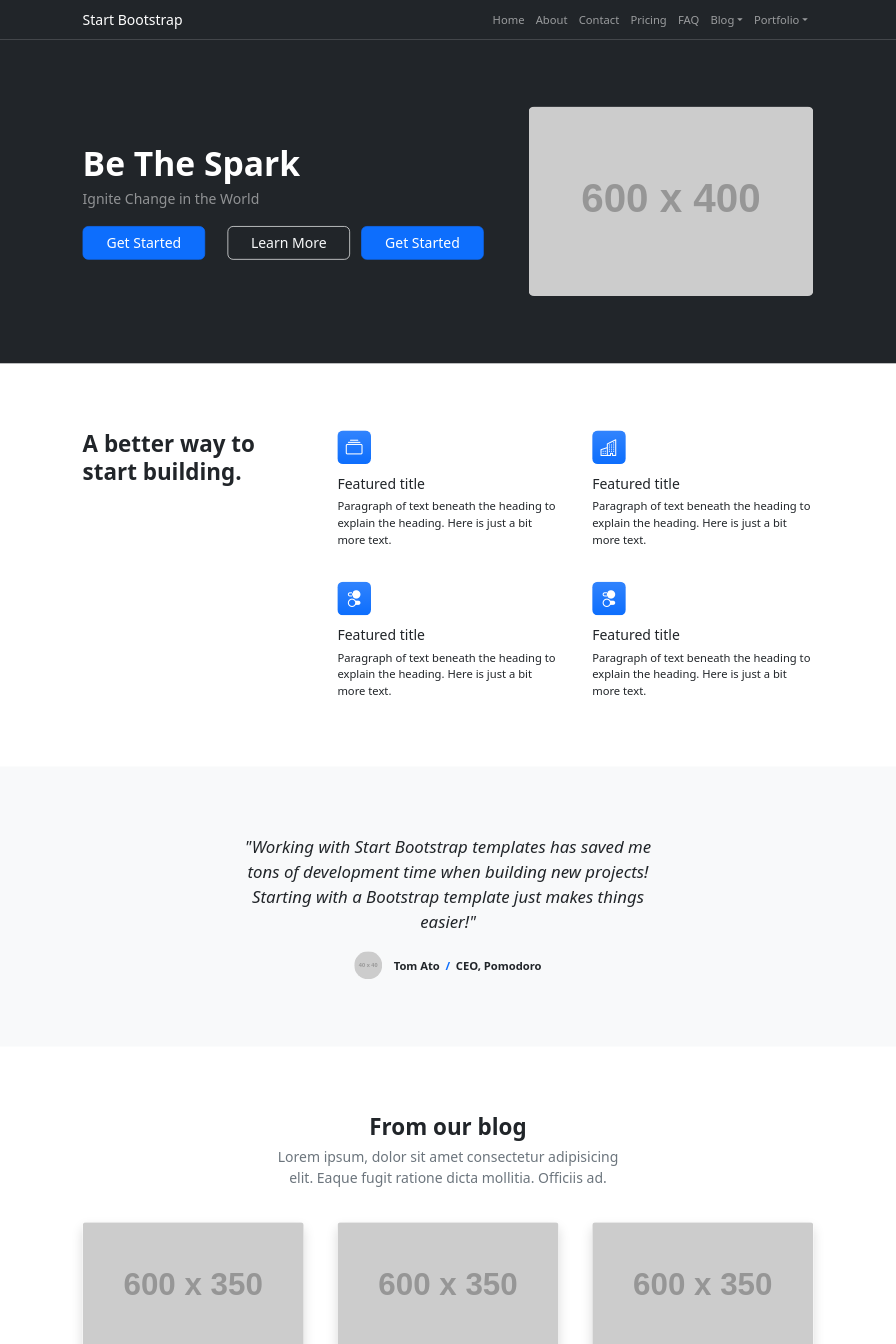
Repository: DragonFruit8/BeTheSpark
Page: index.html
These files come from the project's save history. The page is drawn as it stood at one moment and after a run of saves; the edit follows.
The browser window is 1280 px wide. The pictures show the part of the page from y = 0 to 1920 px (the page is 2663 px tall before and 2912 px after), at 70% of full size.

Above is the page before, as saved 2024-01-05 08:16:34.

After the next 2 saves:
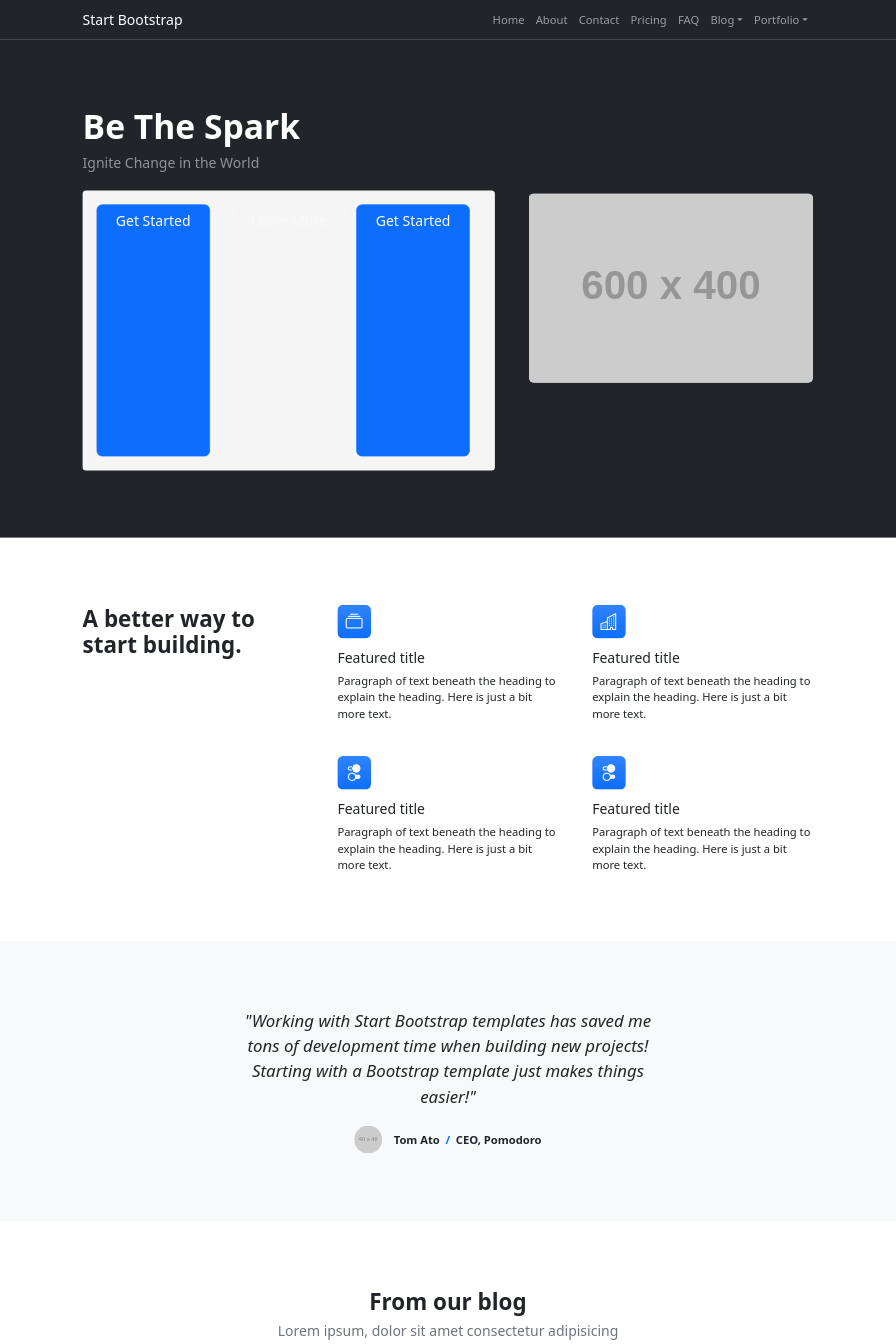
The 2 saves are shown as one change because they came seconds apart.
The last was saved 21 s later.
--- a/css/home.css
+++ b/css/home.css
@@ -1,4 +1,4 @@
-#home button{
+#CTA{
     height:400px;
     background-color: #f5f5f5;
     padding: 20px;
